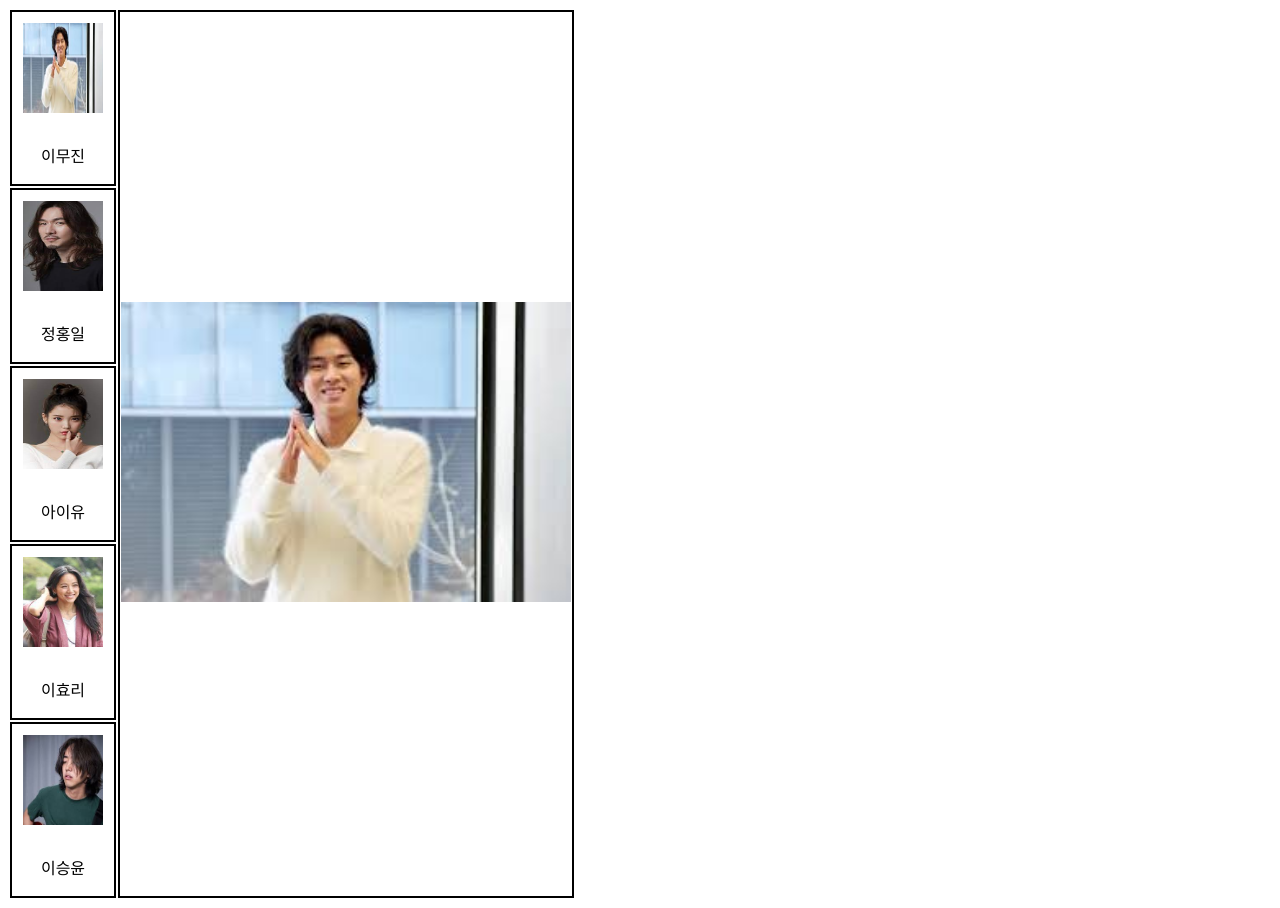
Repository: Migorithm/front_work
Page: front05_JQuery/src/main/webapp/3_event/jq10_traversal.html
The author's editor kept a copy of each file at every save. The page is drawn from the files as they stood at one save, then again after the next save.
The browser window is 1280 px wide. The pictures show the whole page.

Above is the page before, as saved 2021-09-06 02:38:29.

After the next save:
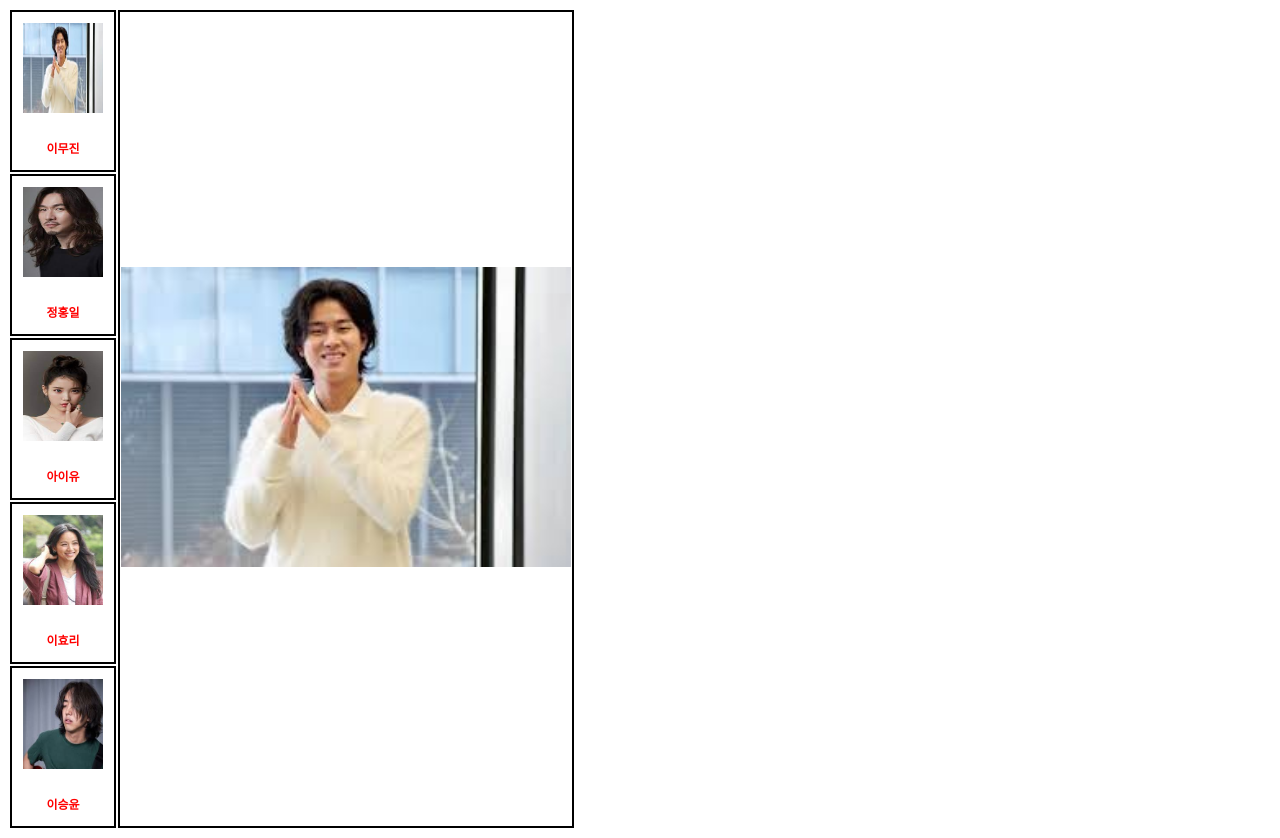
Saved 92 s later.
--- a/front05_JQuery/src/main/webapp/3_event/jq10_traversal.html
+++ b/front05_JQuery/src/main/webapp/3_event/jq10_traversal.html
@@ -29,10 +29,12 @@
 
 			function(){
 				$(this).parent().removeClass('hover');
+			}
+		);		//hover
 
+		//2. td태그 중에서(자손 중에서) p태그를 찾아서(발견되면) css를 addClass시키세요.
+		$("td").find("p").addClass('css')
 
-			}
-		)
 
 	});
 </script>
